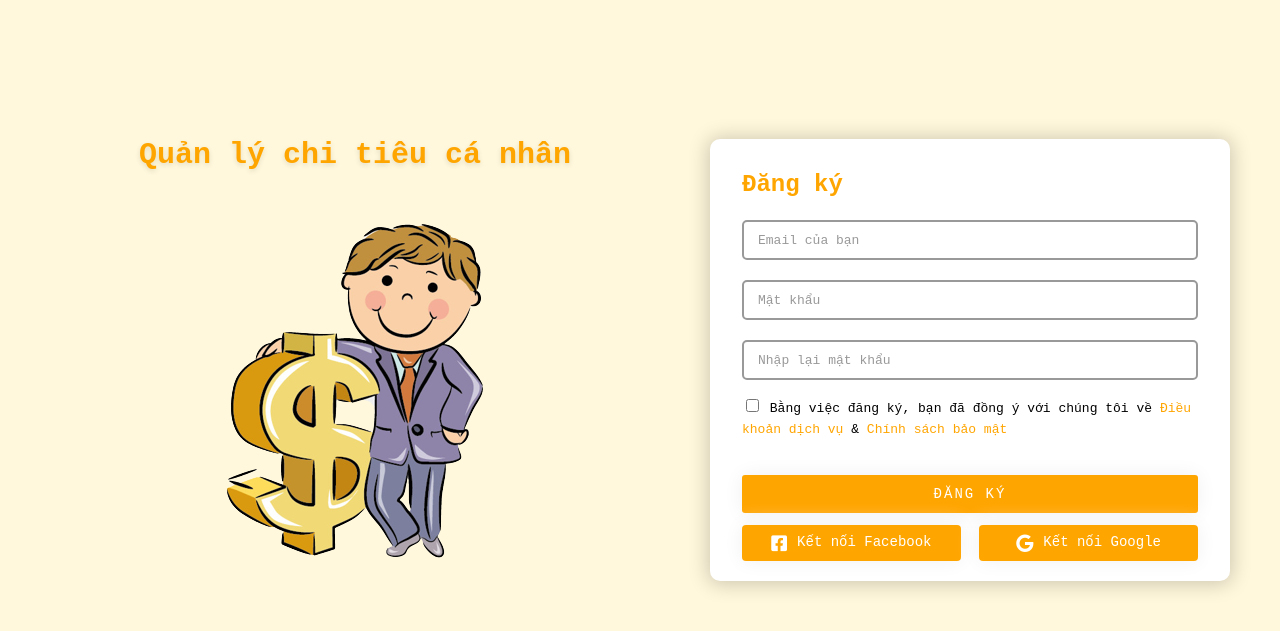
Repository: ximvhs/sochitieu
Page: login.html
An editor plug-in stored every save of this project. The page is shown before and after the next save, followed by the edit.
The browser window is 1280 px wide. The pictures show the whole page.
Some web fonts or font styles are not loaded; a fallback is used.

Above is the page before, as saved 2023-04-06 16:00:36.

After the next save:
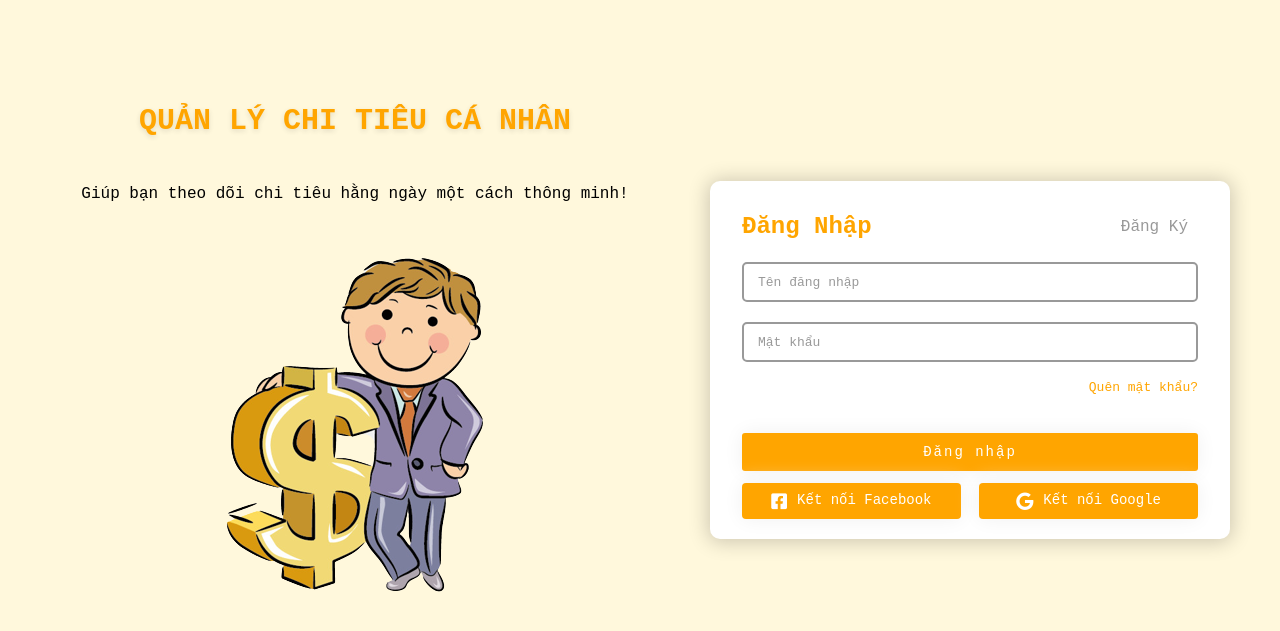
Saved 115 s later.
--- a/login.html
+++ b/login.html
@@ -22,44 +22,39 @@
 </head>
 <body>
     <form action="">
-        <div class="modal js-show_register">
+        <div class="modal js-show_login">
                 <div class="modal__body">
                     <div class="auth-form--left">
-                        <H1>Quản lý chi tiêu cá nhân</H1>
+                        <H1>QUẢN LÝ CHI TIÊU CÁ NHÂN</H1>
+                        <p>Giúp bạn theo dõi chi tiêu hằng ngày một cách thông minh!</p>
                         <img src="./img/logo-login.png" alt="">
                     </div>
                     <div class="auth-form--right js-auth-form">
                         <div class="auth-form__container">
                             <div class="auth-form__header">
-                                <h3 class="auth-form__heading">Đăng ký</h3>
+                                <h3 class="auth-form__heading">Đăng Nhập</h3>
+                                <span class="auth-form__switch-btn js-register">Đăng Ký</span>
                             </div>
 
                             <div class="auth-form__form">
                                 <div class="auth-form__group">
-                                    <input type="text" class="auth-form__input" required placeholder=" ">
-                                    <div class="form-label">Email của bạn</div>
+                                    <input type="text" id="emaillogin" class="auth-form__input" required placeholder=" ">
+                                    <div class="form-label">Tên đăng nhập</div>
                                 </div>
                                 <div class="auth-form__group">
-                                    <input type="password" class="auth-form__input" required placeholder=" ">
+                                    <input type="password" id="passlogin" class="auth-form__input" required placeholder=" ">
                                     <div class="form-label">Mật khẩu</div>
-                                </div>
-                                <div class="auth-form__group">
-                                    <input type="password" class="auth-form__input" required placeholder=" ">
-                                    <div class="form-label">Nhập lại mật khẩu</div>
                                 </div>
                             </div>
 
                             <div class="auth-form__aside">
                                 <p class="auth-form__policy-text">
-                                    <input type="checkbox">
-                                    Bằng việc đăng ký, bạn đã đồng ý với chúng tôi về
-                                    <a href="#" class="auth-form__text-link">Điều khoản dịch vụ</a> &
-                                    <a href="#" class="auth-form__text-link">Chính sách bảo mật</a>
+                                    <a href="#" class="auth-form__text-link">Quên mật khẩu?</a>
                                 </p>
                             </div>
 
                             <div class="auth-form__controls">
-                                <button class="btn btn--normal btn--primary">ĐĂNG KÝ</button>
+                                <button class="btn btn--normal btn--primary" id="btnlogin">Đăng nhập</button>
                             </div>
 
                             <div class="auth-form__socials">
@@ -78,5 +73,68 @@
                 </div>
         </div>
     </form>
+
+    <form action="">
+        <div class="modal_register js-show_register">
+                <div class="modal__body_register">
+                     <div class="auth-form js-auth-form">
+                        <div class="auth-form__container">
+                            <div class="auth-form__header">
+                                <h3 class="auth-form__heading">Đăng ký</h3>
+                                <i class="fa-solid fa-xmark auth-form__heading--close js-close"></i>
+                            </div>
+
+                            <div class="auth-form__form">
+                                <div class="auth-form__group">
+                                    <input type="text" class="auth-form__input" required placeholder=" ">
+                                    <div class="form-label">Họ và tên</div>
+                                </div>
+                                <div class="auth-form__group">
+                                    <input type="date" class="auth-form__input" required placeholder=" ">
+                                    <div class="form-label">Ngày sinh nhật</div>
+                                </div>
+                                <div class="auth-form__group_sex">
+                                    <div class="list__sex">
+                                        <div class="form-label">Nam</div>
+                                        <input type="checkbox" class="auth-form__input-radio" required placeholder=" ">
+                                    </div>
+                                    <div class="list__sex">
+                                        <div class="form-label">Nữ</div>
+                                        <input type="checkbox" class="auth-form__input-radio" required placeholder=" ">
+                                    </div>
+                                </div>
+                                <div class="auth-form__group">
+                                    <input type="text" class="auth-form__input" required placeholder=" ">
+                                    <div class="form-label">Tên đăng nhập</div>
+                                </div>
+                                <div class="auth-form__group">
+                                    <input type="password" class="auth-form__input" required placeholder=" ">
+                                    <div class="form-label">Mật khẩu</div>
+                                </div>
+                                <div class="auth-form__group">
+                                    <input type="password" class="auth-form__input" required placeholder=" ">
+                                    <div class="form-label">Nhập lại mật khẩu</div>
+                                </div>
+                            </div>
+
+                            <div class="auth-form__aside">
+                                <p class="auth-form__policy-text">
+                                    Bằng việc đăng ký, bạn đã đồng ý với chúng tôi về
+                                    <a href="#" class="auth-form__text-link">Điều khoản dịch vụ</a> &
+                                    <a href="#" class="auth-form__text-link">Chính sách bảo mật</a>
+                                </p>
+                            </div>
+                            <div class="auth-form__controls">
+                                <button class="btn btn--normal btn--primary">ĐĂNG KÝ</button>
+                            </div>
+                        </div>
+
+                    </div>
+                </div>
+        </div>
+    </form>
+
+   <script src="../start.js"></script>
 </body>
+
 </html>
